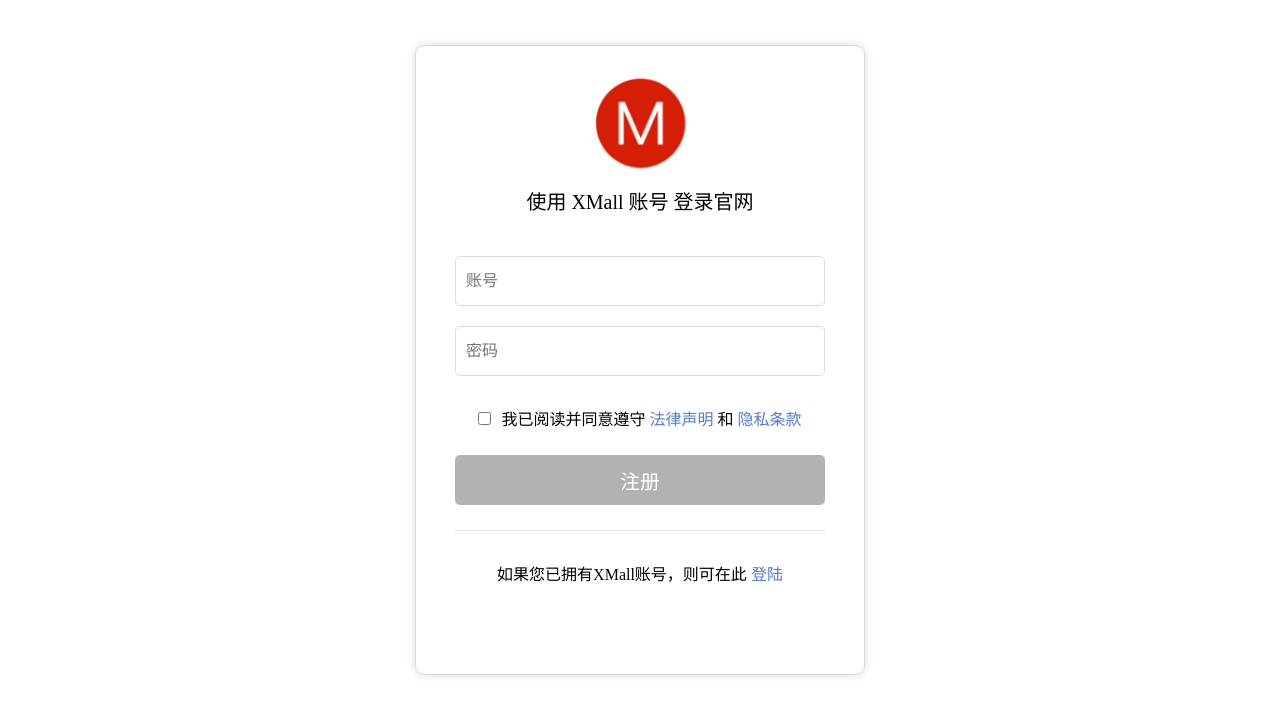
Repository: dingqihui1997/xmall-demo
Page: /signin
These files come from the project's save history. The page is drawn as it stood at one moment and after the next save; the edit follows.
The browser window is 1280 px wide. The pictures show the whole page.
The project was rebuilt for these pictures with package versions that can differ from the ones it lists, and the page was loaded fresh each time. Also part of the build but not shown: vue.config.js, src/views/Home.vue.

Above is the page before, as saved 2021-06-29 17:41:44.

### src/main.js
import Vue from 'vue'
import App from './App.vue'
import router from './router'
import store from './store'
import ElementUI from 'element-ui';
import 'element-ui/lib/theme-chalk/index.css';
Vue.use(ElementUI);
Vue.config.productionTip = false

new Vue({
  router,
  store,
  render: h => h(App)
}).$mount('#app')

### src/App.vue
<template>
  <div id="app">
    <router-view />
  </div>
</template>

<style lang="scss">
@import "./styles/common";
@import "./styles/ui";
</style>

### src/router/index.js
import Vue from 'vue'
import VueRouter from 'vue-router'
import Home from '../views/Home.vue'

Vue.use(VueRouter)

const routes = [
  {
    path: '/',
    name: 'Home',
    component: Home
  },
  {//登录
    path: '/signin',
    name: 'Signin',
    component: () => import('../components/signin/Signin.vue')
  },
  {//注册
    path: '/register',
    name: 'Register',
    component: () => import('../components/register/Register.vue')
  },


]

const router = new VueRouter({
  mode: 'history',
  base: process.env.BASE_URL,
  routes
})

export default router

### src/styles/common.scss
 * {
     margin: 0;
     padding: 0;
 }

 .center {
     //居中显示
     margin: auto;
     position: absolute;
     top: 0;
     bottom: 0;
     left: 0;
     right: 0;
 }

 * {
     box-sizing: border-box;
 }

 .wi100 {
     width: 100%;
 }

 .hei100 {
     height: 100%;
 }

 .pflex {
     position: fixed;
     /* 固定定位 */
 }

 .flex {
     display: flex;
 }

 .flex-wrap {
     /* 子元素换行排列 */
     display: flex;
     flex-wrap: wrap;
     align-items: center;
 }

 .flex-j {
     display: flex;
     justify-content: center;
     /* 水平方向居中 */
 }

 .flex-a {
     display: flex;
     align-items: center;
     /* 垂直方向居中 */
 }

 .flex-ja {
     /* felx-ja 垂直水平方向居中 */
     display: flex;
     align-items: center;
     justify-content: center;
 }

 .flex-sb {
     /* flex-sb 子元素两边排列 */
     display: flex;
     justify-content: space-between;
 }

 .flex-sba {
     /* flex-sb 子元素两边排列 bing居中 */
     display: flex;
     justify-content: space-between;
     align-items: center;
 }

 .flex-d {
     /* z子元素竖向排列 */
     display: flex;
     flex-direction: column;
 }

 .flex-di {
     /* 子元素竖向排列并居中 */
     display: flex;
     flex-direction: column;
     align-items: center;
 }

 .flex-dj {
     /* 子元素竖向排列并居中 */
     display: flex;
     flex-direction: column;
 }

 .flex-dji {
     /* 子元素竖向排列并水平垂直居中 */
     display: flex;
     flex-direction: column;
     align-items: center;
     justify-content: center;
 }

 .pad-t10 {
     padding-top: 10px;
 }

 .pad-t15 {
     padding-top: 15px;
 }

 .margin-r55 {
     margin-right: 55px;
 }

 .marginauto {
     margin: 0 auto;
 }

 .img100 {
     width: 100%;
     height: 100%;
 }

 .img50 {
     width: 50%;
     height: 50%;
 }

 .imgh100 {
     height: 100%;
 }

 .img45 {
     width: 45%;
     height: 45%;
 }

 .img80 {
     width: 80%;
     height: 80%;
 }

 .font20 {
     font-size: 20px;
 }

 .font18 {
     font-size: 18px;
 }

 .font16 {
     font-size: 16px;
 }

 .font14 {
     font-size: 14px;
 }

 .font12 {
     font-size: 12px;
 }

 .flex1 {
     flex: 1;
 }

 .flex2 {
     flex: 1.5;
 }

 .color30 {
     color: #000000;
 }

 .color3f {
     /* 白色 */
     color: #fff;
 }

 .margin-t10 {
     margin-top: 10px;
 }

 .margin-t5 {
     margin-top: 5px;
 }

 .margin-t20 {
     margin-top: 20px;
 }

 .margin-r5 {
     margin-right: 5px;
 }

 .margin-r15 {
     margin-right: 15px;
 }

 .margin-r10 {
     margin-right: 10px;
 }

 .margin-r20 {
     margin-right: 20px;
 }

 .margin-r30 {
     margin-right: 30px;
 }

 .margin-l10 {
     margin-left: 10px;
 }

 .margin-l20 {
     margin-left: 20px;
 }

 .margin-b10 {
     margin-bottom: 10px;
 }

 .text-de {
     /* 有下划线 */
     text-decoration: underline;
 }

 .text-li {
     text-decoration: line-through;
     /* 删除线 */
 }

 .font-w7 {
     /* 加粗 */
     font-weight: 700;
 }

 .fontstyle-i {
     /* 斜体 */
     font-style: italic;
 }

 .shuoming {
     position: relative;
     top: 55px
 }

 .textr {
     text-align: right;
 }

### src/styles/ui.scss
.login {
    .el-input__inner {
        width: 370px;
        height: 50px;
    }

    .el-input__suffix {
        position: absolute;
        right: 50px;
    }

    .el-input {
        position: relative;
    }
}

### src/components/signin/Signin.vue
<template>
  <!-- 登录页面 -->
  <div class="one">
    <div class="box center flex-d login">
      <div class="top">
        <div class="flex-ja"><img src="../../assets/log1.png" alt="" /></div>
        <div class="flex-ja">使用 XMall 账号 登录官网</div>
      </div>
      <!-- 账号 -->
      <div class="flex-ja name">
        <input type="text" placeholder="账号" class="ipt" v-model="username" />
      </div>
      <!-- 密码 -->
      <div class="flex-ja name">
        <input
          type="password"
          placeholder="密码"
          class="ipt"
          v-model="password"
        />
      </div>
      <div class="flex-ja choice">
        <input type="checkbox" class="inpt" v-model="checked" />
        我已阅读并同意遵守<span>&nbsp;法律声明&nbsp;</span>和<span
          >&nbsp;隐私条款</span
        >
      </div>
      <div class="flex-ja regis">
        <!-- 动态绑定属性，最先是true禁用状态 -->
        <button
          :disabled="flag"
          :class="{ back: flag === false }"
          @click="goto"
        >
          注册
        </button>
      </div>
      <div class="flex-ja">
        <div class="bottom flex-ja">
          如果您已拥有XMall账号，则可在此<span>&nbsp;登陆</span>
        </div>
      </div>
    </div>
  </div>
</template>

<script>
import axios from "axios";
export default {
  name: "",
  props: {},
  data() {
    return {
      username: "",
      password: "",
      Repeat: "",
      flag: true, //最开始禁用按钮
      checked: false,
    };
  },
  components: {},
  methods: {
    goto() {
      if (this.checked === false) {
        this.$message.error("您未勾选同意我们的相关注册协议");
      }
      if (this.password !== this.Repeat) {
        this.$message.error("两次输入的密码不相同");
      }
      if (this.password === this.Repeat && this.checked === true) {
        axios
          .post("/api/users/register", {
            username: this.username,
            password: this.password,
          })
          .then((res) => {
            console.log(res);
          })
          .catch((err) => {
            console.log("请求失败", err);
          });
      }
    },
  },
  mounted() {},
  computed: {},
  watch: {
    username(val) {
      this.username = val;
    },
    password(val) {
      this.password = val;
    },
    Repeat(val) {
      //账号和密码都输入了内容后，然后就不禁用button
      this.Repeat = val;
      if (this.username !== "" && this.password !== "" && val !== "") {
        this.flag = false;
        // console.log(val);
      } else {
        this.flag = true;
      }
    },
  },
};
</script>

<style lang='scss' scoped>
.box {
  width: 450px;
  height: 630px;
  border: 1px solid #dadada;
  border-radius: 10px;
  box-shadow: 0 0 10px #dadada;
}
.one {
  height: 100vh;
}
.top {
  height: 200px;
  font-size: 20px;
  //   margin-bottom: 35px;
  padding-top: 25px;
}
.top img {
  margin-bottom: 10px;
}
.ipt {
  width: 370px;
  height: 50px;
  outline: none;
  border: 1px #dcdcdc solid;
  border-radius: 5px;
  padding-left: 10px;
  font-size: 16px;
}
button {
  margin: 25px 0px;
  width: 370px;
  height: 50px;
  border-radius: 5px;
  border: none;
  color: #fff;
  font-size: 20px;
  background-color: #b2b2b2; //最开始设置成灰色背景颜色
}

span {
  color: #527bd9;
}

.name {
  margin-top: 10px;
  margin-bottom: 10px;
  text-align: center;
}
.choice {
  margin-top: 20px;
}
.regis {
  padding: 0 35px;
}
.inpt {
  margin-right: 10px;
}
.bottom {
  width: 370px;
  border-top: 1px #e0e0df solid;
  padding: 30px 0;
}
.back {
  background-color: #5f86e4; //当按钮不禁用的时候就显示蓝色，然后添加hover的效果
  &:hover {
    background-color: #6283cf;
  }
}
</style>

Loaded but not shown: public/index.html (common file); src/store/index.js (common file)

After the next save:
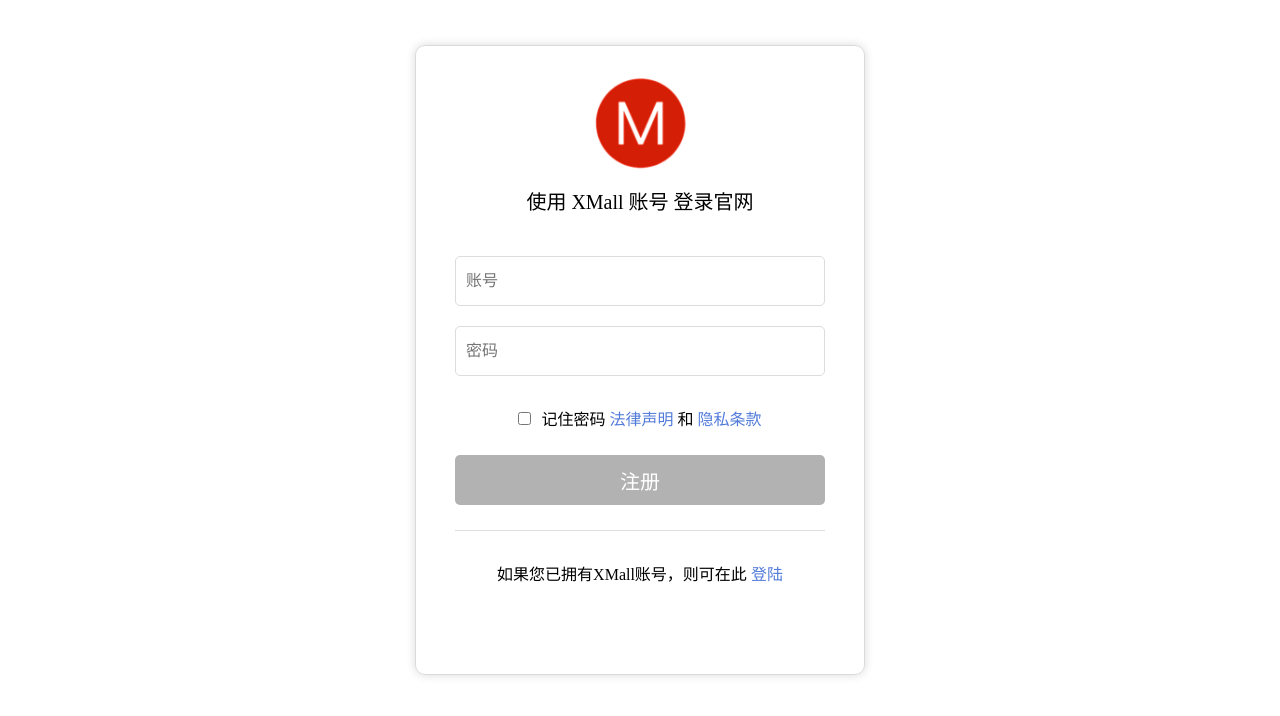
Saved 44 s later.
--- a/src/components/signin/Signin.vue
+++ b/src/components/signin/Signin.vue
@@ -21,9 +21,7 @@
       </div>
       <div class="flex-ja choice">
         <input type="checkbox" class="inpt" v-model="checked" />
-        我已阅读并同意遵守<span>&nbsp;法律声明&nbsp;</span>和<span
-          >&nbsp;隐私条款</span
-        >
+        记住密码<span>&nbsp;法律声明&nbsp;</span>和<span>&nbsp;隐私条款</span>
       </div>
       <div class="flex-ja regis">
         <!-- 动态绑定属性，最先是true禁用状态 -->
